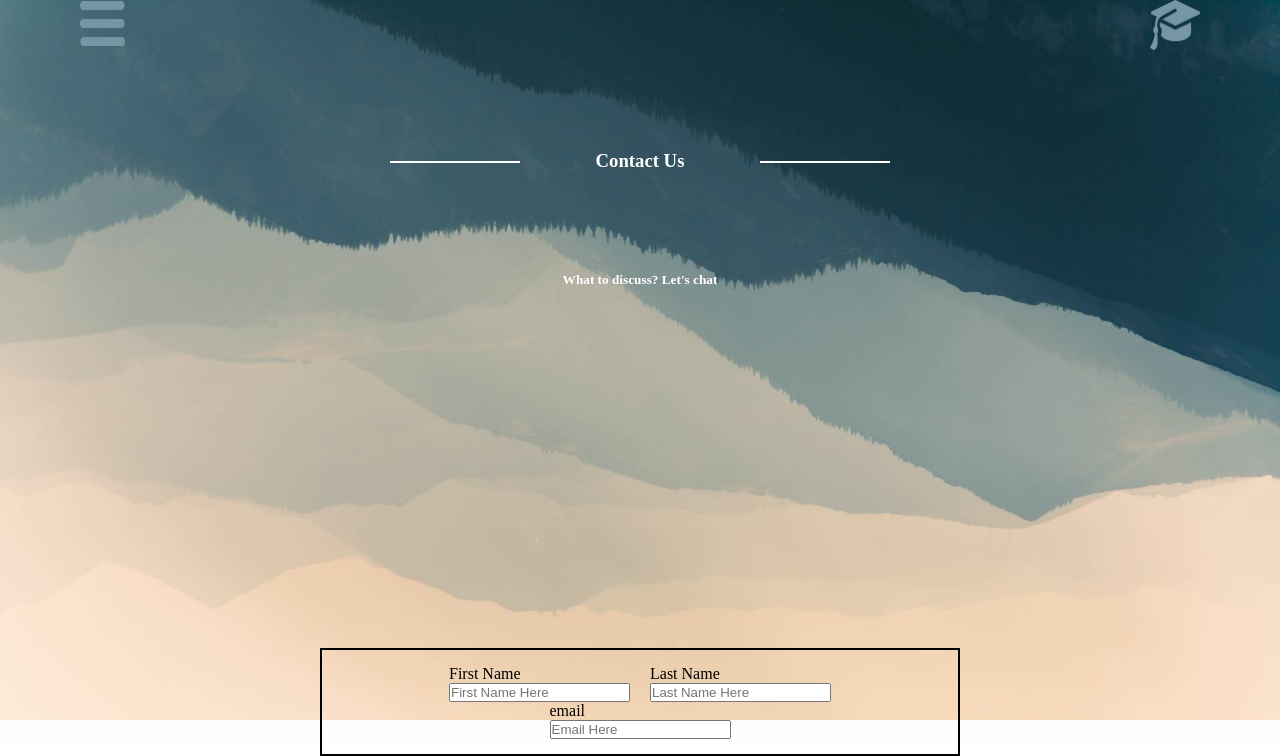
Repository: anoncoderin/assignment01-withCarousel-Madhu
Page: /contact
The author's editor kept a copy of each file at every save. The page is drawn from the files as they stood at one save, then again after a run of saves.
The browser window is 1280 px wide. The pictures show the whole page.
The project was rebuilt for these pictures with package versions that can differ from the ones it lists, and the page was loaded fresh each time. The framework's server and built-in components were replaced by stand-ins that run in the browser. Also part of the build but not shown: next.config.js.

Above is the page before, as saved 2023-02-03 21:56:28.

### pages/contact.js

import Link from 'next/link'
import { useState } from 'react'
import { useRouter } from 'next/router'
import styles from '@/styles/contact.module.css'
import Image from 'next/image'
import Nav from '../components/nav'



export default function Contact() {
    const router = useRouter();
    const [formData, setFormData] = useState({
        firstName: '',
        lastName: '',
        email: ''
    })

    const LoginIn = () => {
        console.log(formData.firstName)
        console.log(formData)

        if (formData.firstName !== null) {
            router.push({
                pathname: './about',
                query: {
                    username: formData.firstName
                }
            })
        }
    }


    return (
        <>

            <div className={styles.backimage}>
                <Image src='/images/backgroundMountainUpsideDown.jpg' fill='true' />
            </div>
            <Nav></Nav>

            <h3 className={styles.hrline}>Contact Us</h3>
            <div className={styles.middletext}>
            <h5>What to discuss? Let's chat</h5>
            </div>

            <div className={styles.contactinfo}>
                <div className={styles.contactinfoname}>
                    <div className={styles.contactinfofirst}>

                        <label>First Name</label>
                        <input
                            placeholder="First Name Here"
                            type="text"
                            id="first"
                            pattern="[A-Z]{1}[a-z{2,10}"
                            title="The first letter should be capital"
                            onChange={(x => setFormData({ ...formData, firstName: x.target.value }))}>

                        </input>
                    </div>
                    <div className={styles.contactinfolast}>
                        <label>Last Name</label>
                        <input
                            placeholder="Last Name Here"
                            type="text"
                            id="first"
                            name="first"
                            pattern="[A-Z]{1}{2,10}"
                            minLength="5"
                            maxLength="10"
                            onChange={(x => setFormData({ ...formData, lastName: x.target.value }))}>

                        </input>
                    </div>
                </div>
                <div className={styles.contactemail}>
                    <label>email</label>
                    <input className={styles.emailinput}

                        placeholder="Email Here"
                        type="text"
                        id="first"
                        name="first"
                        pattern="[A-Z]{1}{2,10}"
                        minLength="5"
                        maxLength="10"
                        onChange={(x => setFormData({ ...formData, lastName: x.target.value }))}>


                    </input>
                </div>
            </div>

        </>
    )
}

### styles/globals.css
:root {
  --max-width: 1100px;
  --border-radius: 12px;
  --font-mono: ui-monospace, Menlo, Monaco, 'Cascadia Mono', 'Segoe UI Mono',
    'Roboto Mono', 'Oxygen Mono', 'Ubuntu Monospace', 'Source Code Pro',
    'Fira Mono', 'Droid Sans Mono', 'Courier New', monospace;

  --foreground-rgb: 0, 0, 0;
  --background-start-rgb: 214, 219, 220;
  --background-end-rgb: 255, 255, 255;

  --primary-glow: conic-gradient(
    from 180deg at 50% 50%,
    #16abff33 0deg,
    #0885ff33 55deg,
    #54d6ff33 120deg,
    #0071ff33 160deg,
    transparent 360deg
  );
  --secondary-glow: radial-gradient(
    rgba(255, 255, 255, 1),
    rgba(255, 255, 255, 0)
  );

  --tile-start-rgb: 239, 245, 249;
  --tile-end-rgb: 228, 232, 233;
  --tile-border: conic-gradient(
    #00000080,
    #00000040,
    #00000030,
    #00000020,
    #00000010,
    #00000010,
    #00000080
  );

  --callout-rgb: 238, 240, 241;
  --callout-border-rgb: 172, 175, 176;
  --card-rgb: 180, 185, 188;
  --card-border-rgb: 131, 134, 135;
}

@media (prefers-color-scheme: dark) {
  :root {
    --foreground-rgb: 255, 255, 255;
    --background-start-rgb: 0, 0, 0;
    --background-end-rgb: 0, 0, 0;

    --primary-glow: radial-gradient(rgba(1, 65, 255, 0.4), rgba(1, 65, 255, 0));
    --secondary-glow: linear-gradient(
      to bottom right,
      rgba(1, 65, 255, 0),
      rgba(1, 65, 255, 0),
      rgba(1, 65, 255, 0.3)
    );

    --tile-start-rgb: 2, 13, 46;
    --tile-end-rgb: 2, 5, 19;
    --tile-border: conic-gradient(
      #ffffff80,
      #ffffff40,
      #ffffff30,
      #ffffff20,
      #ffffff10,
      #ffffff10,
      #ffffff80
    );

    --callout-rgb: 20, 20, 20;
    --callout-border-rgb: 108, 108, 108;
    --card-rgb: 100, 100, 100;
    --card-border-rgb: 200, 200, 200;
  }
}

* {
  box-sizing: border-box;
  padding: 0;
  margin: 0;
}

html,
body {
  max-width: 100vw;
  overflow-x: hidden;
}

body {
  color: rgb(var(--foreground-rgb));
  background: linear-gradient(
      to bottom,
      transparent,
      rgb(var(--background-end-rgb))
    )
    rgb(var(--background-start-rgb));
}

a {
  color: inherit;
  text-decoration: none;
}






@media (prefers-color-scheme: dark) {
  html {
    color-scheme: dark;
  }
}

### styles/contact.module.css

.backimage{
    z-index: -1;
          position:fixed;
          width: 100vw;
          height: 100vh;
  }

  .nav{
    display: flex;
    flex-direction: row;
    justify-content: space-between;
    padding-left: 5rem;
    padding-right: 5rem;
  }

  .contactinfo{
    display: flex;
    flex-direction: column;
    align-items: center;
    margin-inline: auto;
    margin-top: 50vh;
    border: 2px solid black;
    margin-left: 25vw;
    margin-right: 25vw;
    padding: 15px;

  }
  .contactinfoname{
    display: flex;
    flex-direction: row;
    gap: 20px;

  }
  .contactinfofirst{
    display: flex;
    flex-direction: column;
  }
  .contactinfolast{
    display: flex;
    flex-direction: column;
  }
  .contactemail{
    display: flex;
    flex-direction: column;

  }
  .emailinput{
    width: 100%;
    }
  .hrline{
    position: relative;
    max-width: 500px;
    margin: 100px auto;
    text-align: center;
    color: white;
  }

.hrline:before, .hrline:after{
  content:" ";
  height: 2px;
  width: 130px;
  background: white;
  display: block;
  position: absolute;
  top: 50%;
}
.hrline:before{
  left: 0;
}
.hrline:after{
   right: 0;
}

.middletext{
  display: flex;
  flex-direction: column;
  align-items: center;
  color: white;
}

### components/nav/index.js
import styles from '@/styles/nav.module.css'
import Image from 'next/image'

export default function Nav(
    {
      menuIcon='/images/icons/icons/menu-icon.png',
      menuIconHeight=45,
      menuIconWidth=45,
      favIcon='/images/favicon/favicon.png',
      favIconHeight=50,
      favIconWidth=50

    }
)
{
    return (
        <div className={styles.nav}>
        <button className={styles.menubar}><Image src={menuIcon} height={menuIconHeight} width={menuIconWidth}></Image></button>
        <Image src={favIcon} height={favIconHeight} width={favIconWidth}></Image>
      </div>
    )
}

### styles/nav.module.css
.nav{
    display: flex;
    flex-direction: row;
    justify-content: space-between;
    padding-left: 5rem;
    padding-right: 5rem;
  }

  .menubar{
    background-color: transparent;
    border:none;
  }

Loaded but not shown: pages/_app.js (common file); pages/_document.js (common file)

After the next 2 saves:
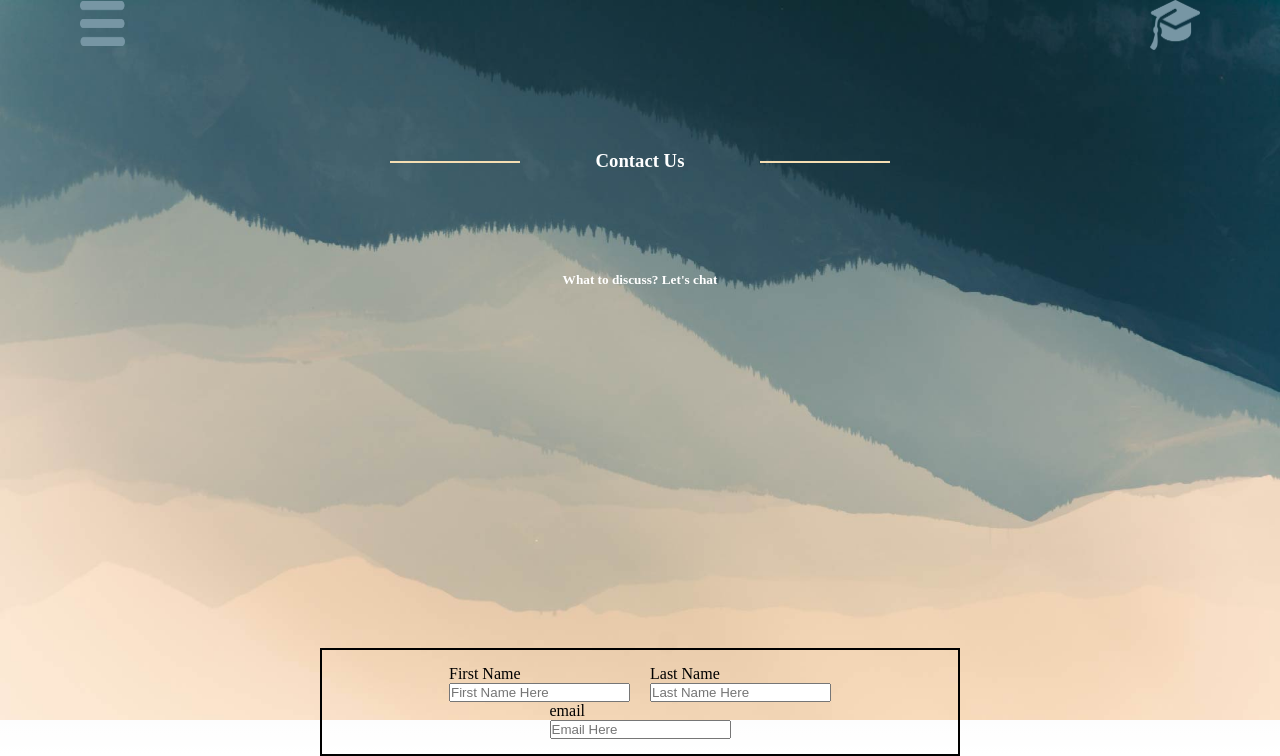
The 2 saves are shown as one change because they came seconds apart.
The last was saved 10 s later.
--- a/styles/contact.module.css
+++ b/styles/contact.module.css
@@ -60,7 +60,7 @@
   content:" ";
   height: 2px;
   width: 130px;
-  background: white;
+  background: wheat;
   display: block;
   position: absolute;
   top: 50%;
